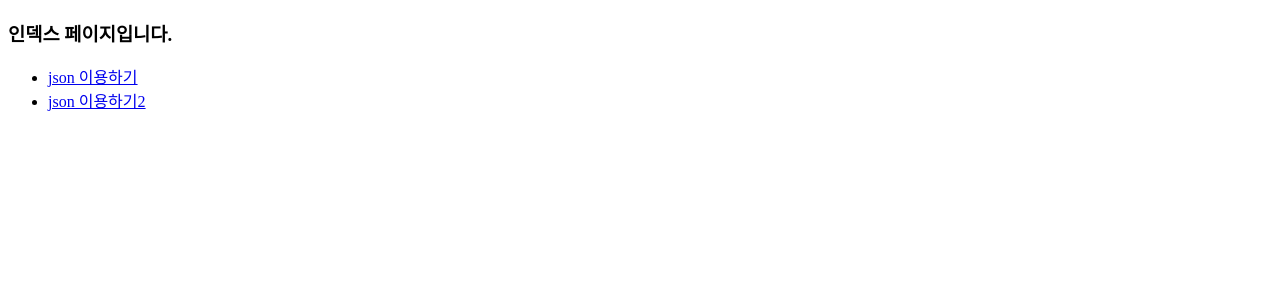
Repository: hyunhee7/python_work
Page: Django04_JSON/templates/index.html
An editor plug-in stored every save of this project. The page is shown before and after the next save, followed by the edit.
The browser window is 1280 px wide. The pictures show the whole page.

Above is the page before, as saved 2017-08-22 06:02:50.

After the next save:
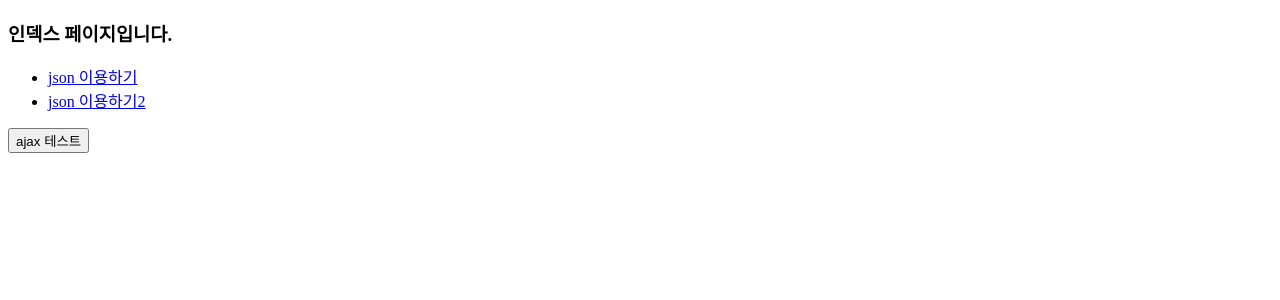
Saved 15 s later.
--- a/Django04_JSON/templates/index.html
+++ b/Django04_JSON/templates/index.html
@@ -10,6 +10,10 @@
 	<li><a href="/json01">json 이용하기</a></li>
 	<li><a href="/json02">json 이용하기2</a></li>
 </ul>
+<button>ajax 테스트</button>
 <script src="/static/js/jquery-3.2.0.js"></script>
+<script>
+
+</script>
 </body>
 </html>
